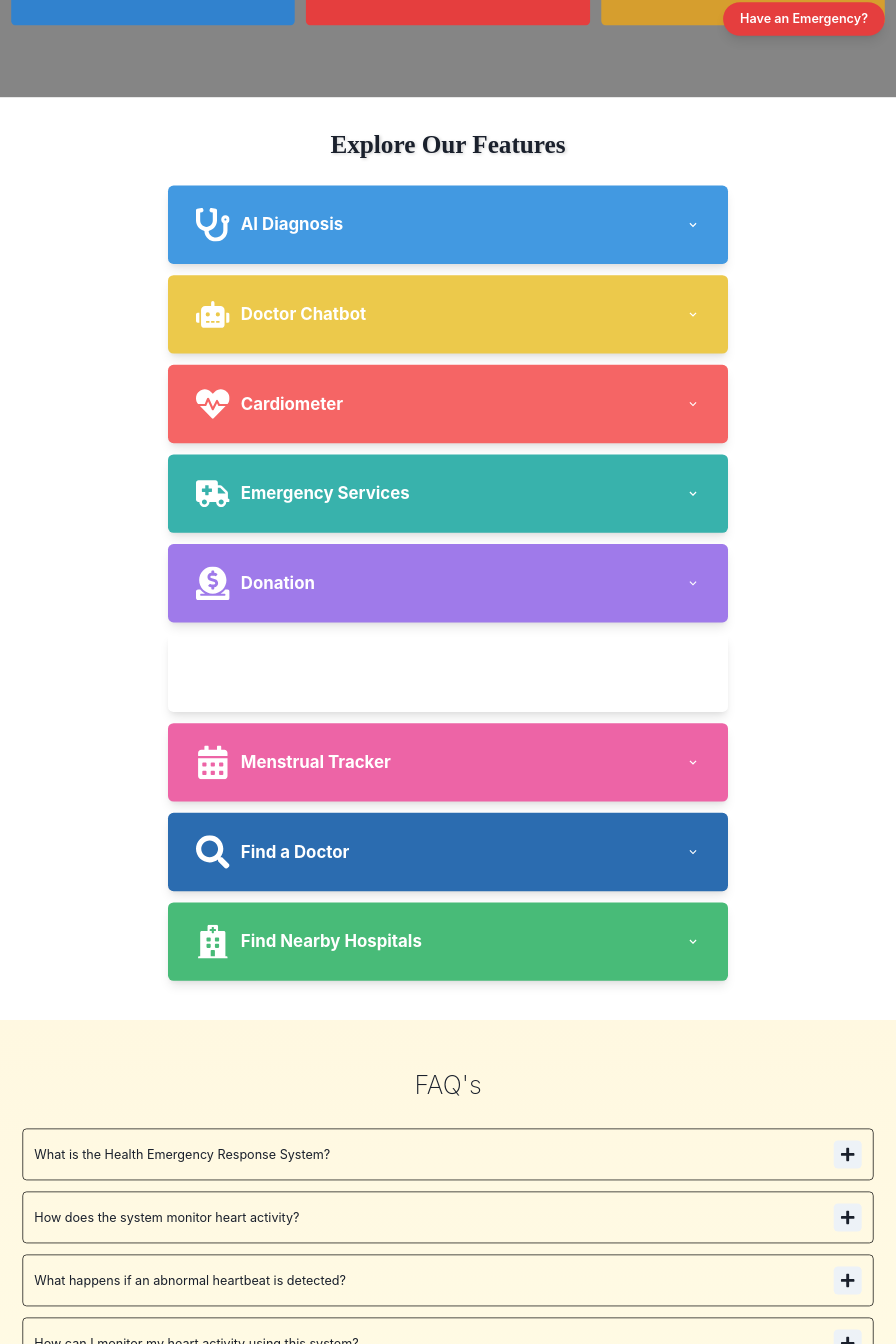
Repository: UniquePratham/VitalityAI
Page: /
These files come from the project's save history. The page is drawn as it stood at one moment and after the next save; the edit follows.
The browser window is 1280 px wide. The pictures show the part of the page from y = 653 to 2573 px (the page is 3462 px tall), at 70% of full size.
Pictures or frames that could not be fetched are drawn as grey boxes. The project was rebuilt for these pictures with package versions that can differ from the ones it lists, and the page was loaded fresh each time. The framework's server and built-in components were replaced by stand-ins that run in the browser. Also part of the build but not shown: next.config.js.

Above is the page before, as saved 2024-08-25 06:27:36.

After the next save:
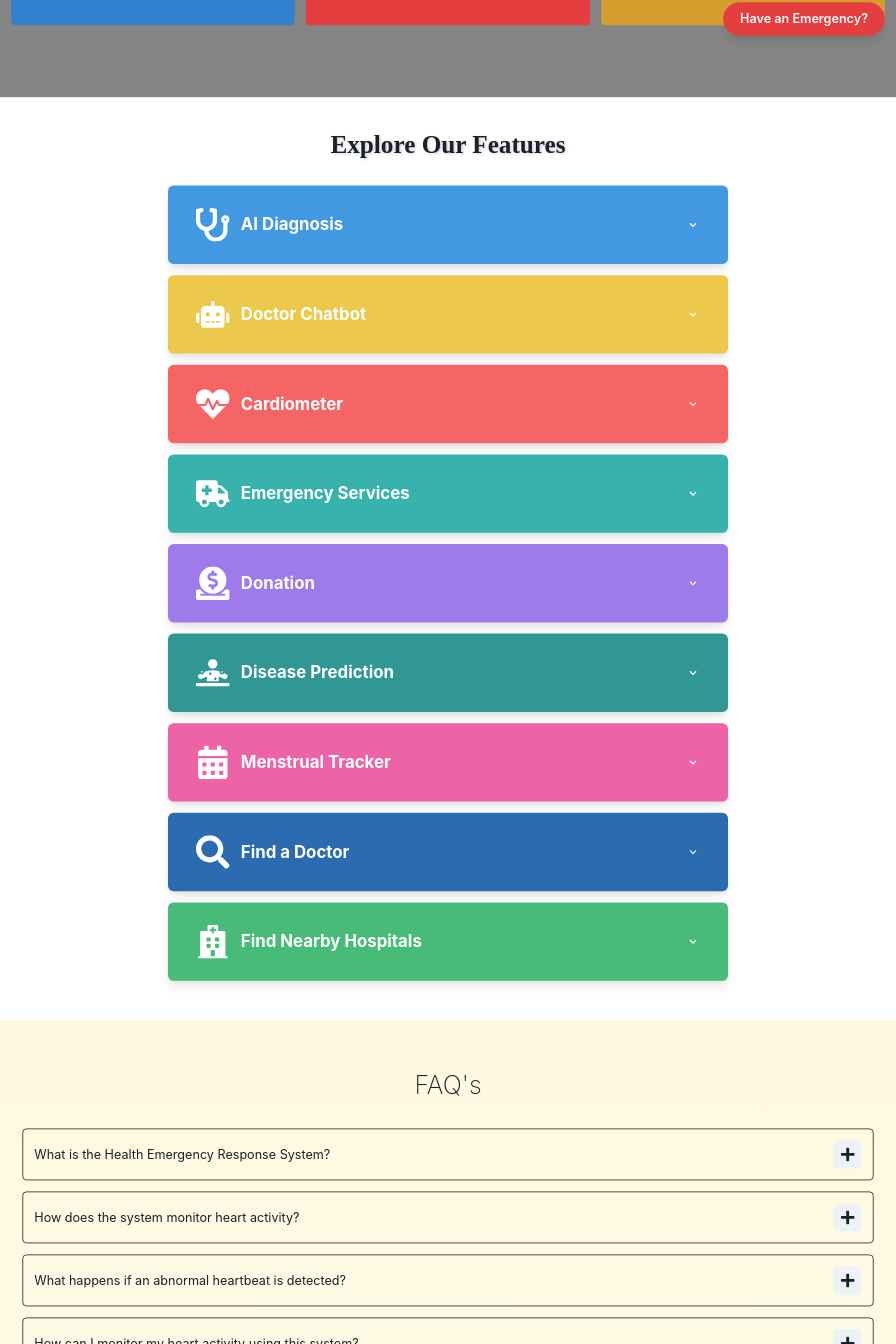
Saved 52 s later.
--- a/components/Guide.js
+++ b/components/Guide.js
@@ -85,7 +85,7 @@ const features = [
     description:
       'Predict possible health conditions based on symptoms and health data to help you stay informed and take preventive actions.',
     icon: FaDiagnoses,
-    bg: 'olive.500',
+    bg: 'teal.500',
     details: `The Disease Prediction feature uses advanced analytics to assess symptoms and provide potential health diagnoses.
               This tool helps users anticipate possible conditions, track relevant symptoms, and receive personalized insights for proactive healthcare management.
               It's designed to support better health awareness, enabling early intervention and improving overall well-being.`,
